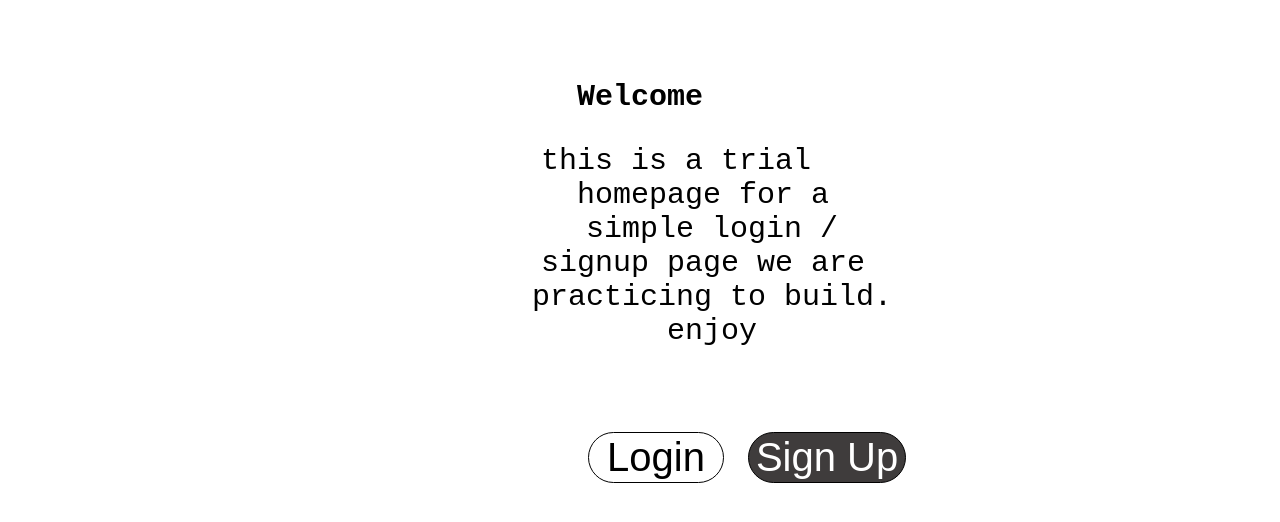
Repository: yhung004/TUTORIAL_PAGE
Page: home.html
The author's editor kept a copy of each file at every save. The page is drawn from the files as they stood at one save, then again after the next save.
The browser window is 1280 px wide. The pictures show the whole page.

Above is the page before, as saved 2024-04-10 02:09:05.

After the next save:
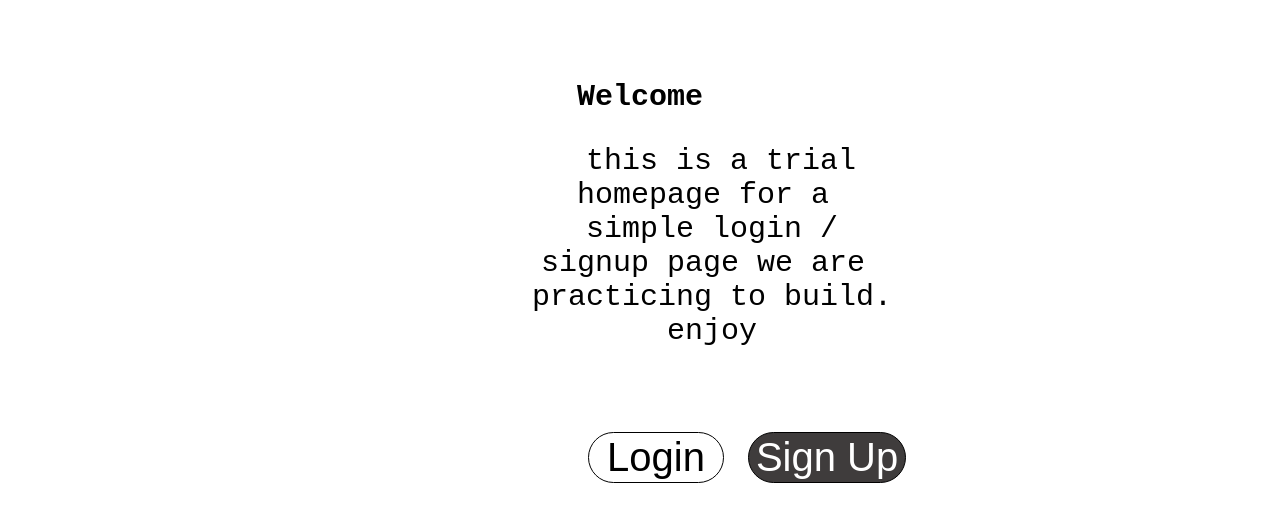
Saved 17 s later.
--- a/home.html
+++ b/home.html
@@ -8,7 +8,7 @@
 </head>
 <body>
     <h3 class="welcome">Welcome</h3>
-    <pre class="welcome_text">    this is a trial
+    <pre class="welcome_text">         this is a trial
         homepage for a
         simple login /
         signup page we are

After the save that followed:
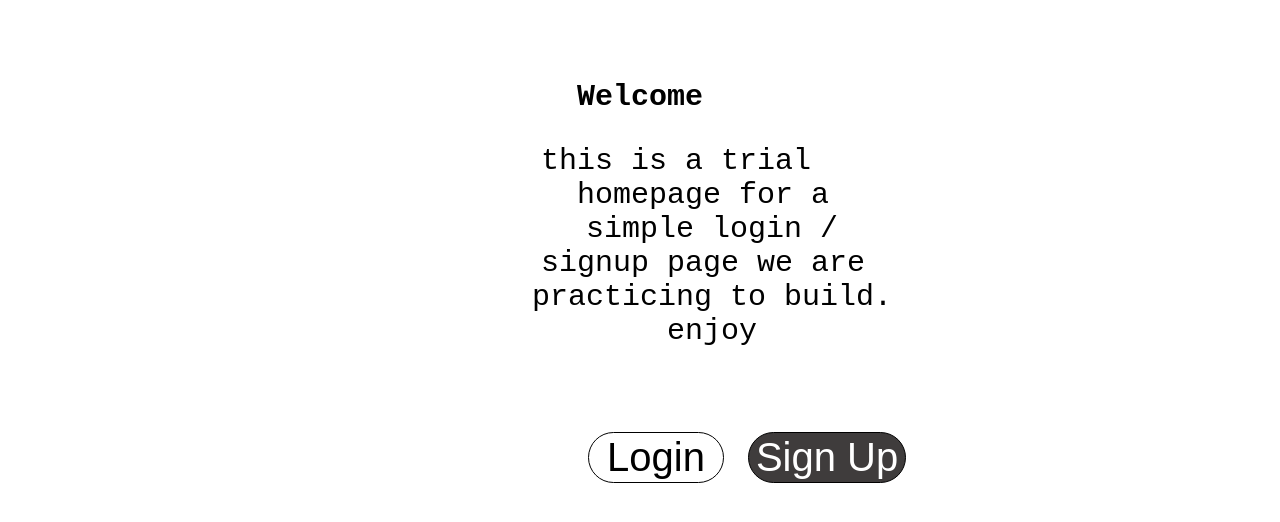
Saved 13 s later.
--- a/home.html
+++ b/home.html
@@ -7,8 +7,8 @@
     <link rel="stylesheet" href="main.css">
 </head>
 <body>
-    <h3 class="welcome">Welcome</h3>
-    <pre class="welcome_text">         this is a trial
+    <h3 class="welcome">    Welcome</h3>
+    <pre class="welcome_text">    this is a trial
         homepage for a
         simple login /
         signup page we are
